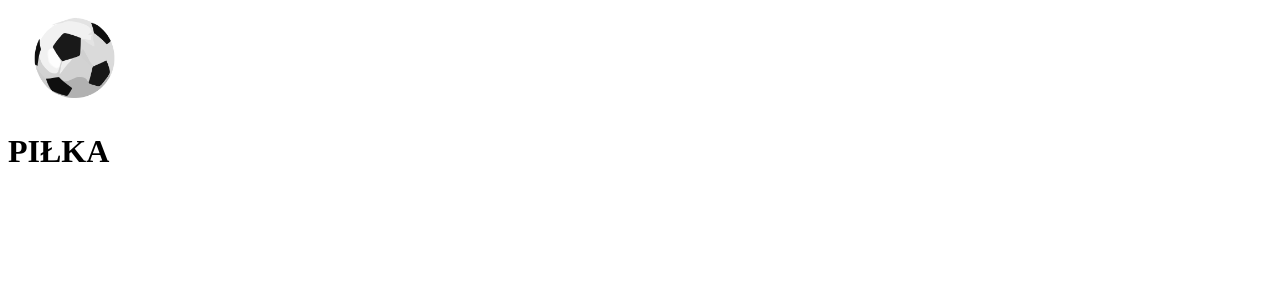
Repository: ZABA78/PAZW
Page: index.html
An editor plug-in stored every save of this project. The page is shown before and after the next save, followed by the edit.
The browser window is 1280 px wide. The pictures show the whole page.
Some web fonts or font styles are not loaded; a fallback is used.

Above is the page before, as saved 2023-10-17 13:46:59.

### index.html
<!DOCTYPE html>
<html lang="en">
<head>
    <meta charset="UTF-8">
    <meta http-equiv="X-UA-Compatible" content="IE=edge">
    <meta name="viewport" content="width=device-width, initial-scale=1.0">
    <link rel="stylesheet" href="style.css">
    <title>Piłka</title>
    <style>
        @import url('https://fonts.googleapis.com/css2?family=Tilt+Neon&display=swap');
        </style>
</head>
<body>
    <header>
        <img src="pilka.png" alt="logo" class = "logo"><h1>PIŁKA</h1>
    </header>
</body>
</html>

### style.css
.logo
{
    height: 100px;
    font-family: 'Tilt Neon', sans-serif;
}

After the next save:
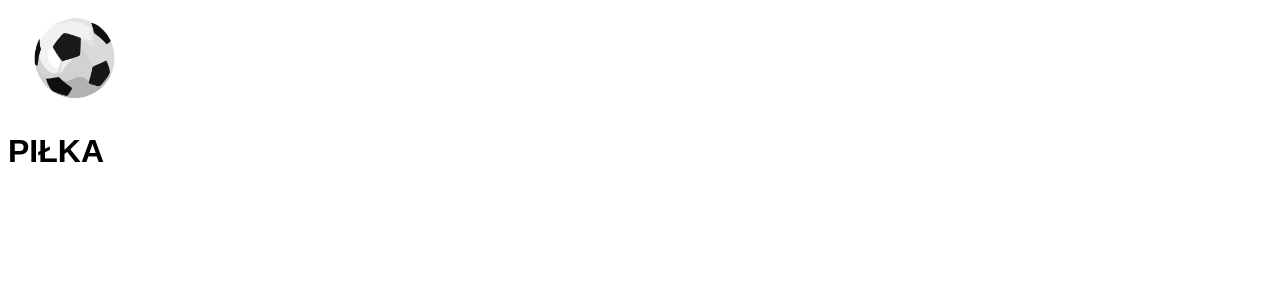
Saved 19 s later.
--- a/style.css
+++ b/style.css
@@ -1,5 +1,9 @@
+*
+{
+    font-family: 'Tilt Neon', sans-serif;
+}
 .logo
 {
     height: 100px;
-    font-family: 'Tilt Neon', sans-serif;
+
 }
